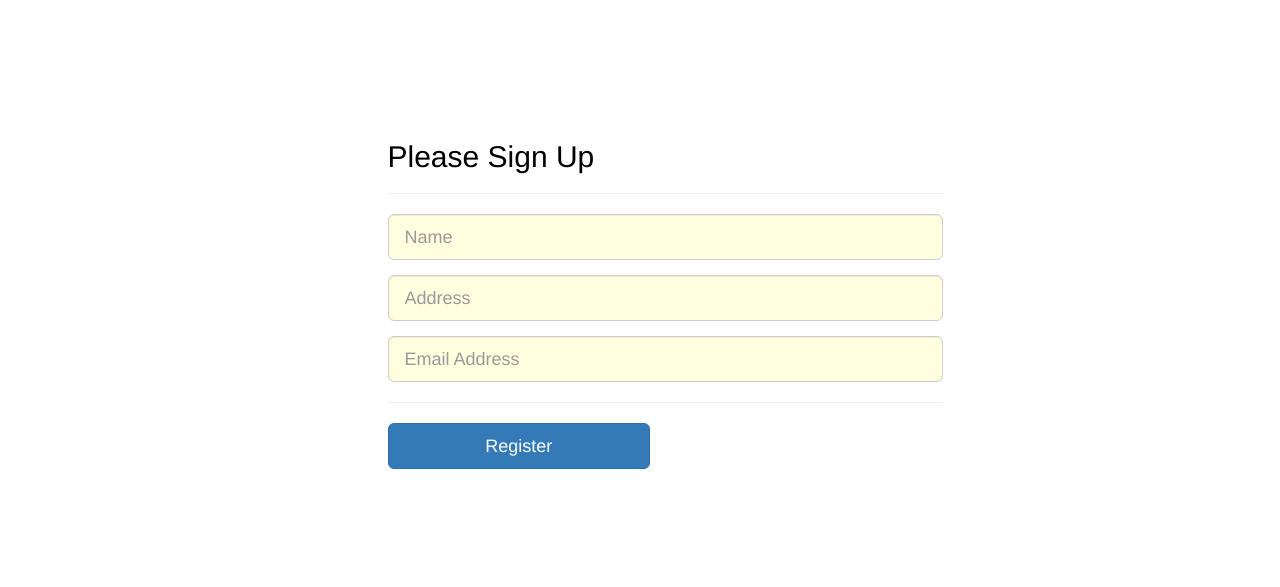
Repository: 123poornima/UpdatedSecondProject
Page: frontendPro/WebContent/_user/register.html
These files come from the project's save history. The page is drawn as it stood at one moment and after the next save; the edit follows.
The browser window is 1280 px wide. The pictures show the whole page.

Above is the page before, as saved 2017-01-10 06:03:05.

### frontendPro/WebContent/_user/register.html
<!DOCTYPE html>
<html>
<head>
<meta charset="ISO-8859-1">
<link rel="stylesheet" href="http://maxcdn.bootstrapcdn.com/bootstrap/3.3.7/css/bootstrap.min.css">

<!-- jQuery library -->
<script src="https://ajax.googleapis.com/ajax/libs/jquery/1.12.4/jquery.min.js"></script>

<!-- Latest compiled JavaScript -->
<script src="http://maxcdn.bootstrapcdn.com/bootstrap/3.3.7/js/bootstrap.min.js"></script>
<title>Insert title here</title>
</head>
<body>

<!-- Registration code -->
<div class="container" >



   <div class="container" style="align:center; margin: 120px 0px 0px 10px">
   <div class="row">
    <div class="col-xs-12 col-sm-8 col-md-6 col-sm-offset-2 col-md-offset-3">





       <h2 style="color:#000000;align:center">Please Sign Up</h2>
		<hr class="colorgraph">

			<div class="form-group" >
                  <input style="background-color:#FFFFE0" required="true" ng-model="user.username" path="name" type="text" name="name" class="form-control input-lg" placeholder="Name" tabindex="1" />
		    </div>



			<div class="form-group">
				<input style="background-color:#FFFFE0" path="address" required="true"  type="password" ng-model="user.password" name="password" class="form-control input-lg" placeholder="Address" tabindex="3" />
			</div>



			<div class="form-group">
				<input style="background-color:#FFFFE0" required="true"  path="mailId" type="email" name="email" id="email" class="form-control input-lg" placeholder="Email Address" tabindex="5" />
			</div>
			<!-- <div class="row">
				<div class="col-xs-4 col-sm-3 col-md-3">
					<span class="button-checkbox">
						<button type="button" class="btn" data-color="info" tabindex="7">I Agree</button>
                        <input type="checkbox" name="t_and_c" id="t_and_c" class="hidden" value="1">
					</span>
				</div>

			</div> -->

			<hr class="colorgraph">
			<div class="row">
				<div class="col-xs-12 col-md-6"><input type="submit" ng-click="registerUser()" value="Register" class="btn btn-primary btn-block btn-lg" tabindex="6" ></div>

			</div>

      </div>
       </div>
    </div>
   </div>
<!-- <form>
<table>
<tr><td>Username</td><td><input type="text" ng-model="user.username"></td></tr>
<tr><td>password</td><td><input type="password" ng-model="user.password"></td></tr>
<tr><td>email</td><td><input type="text" ng-model="user.email"></td></tr>



<tr><td>Select role</td><td>
<input type="radio" ng-model="user.role" value="STUDENT">Student
<input type="radio" ng-model="user.role" value="ALUMNI">Alumni
<input type="radio" ng-model="user.role" value="EMPLOYEE">Employee</td>
</tr>

<tr><td><input type="submit" ng-click="registerUser()" value="Register"></td></tr>


</table>

</form>
{{errorMessage}} -->
</body>
</html>

After the next save:
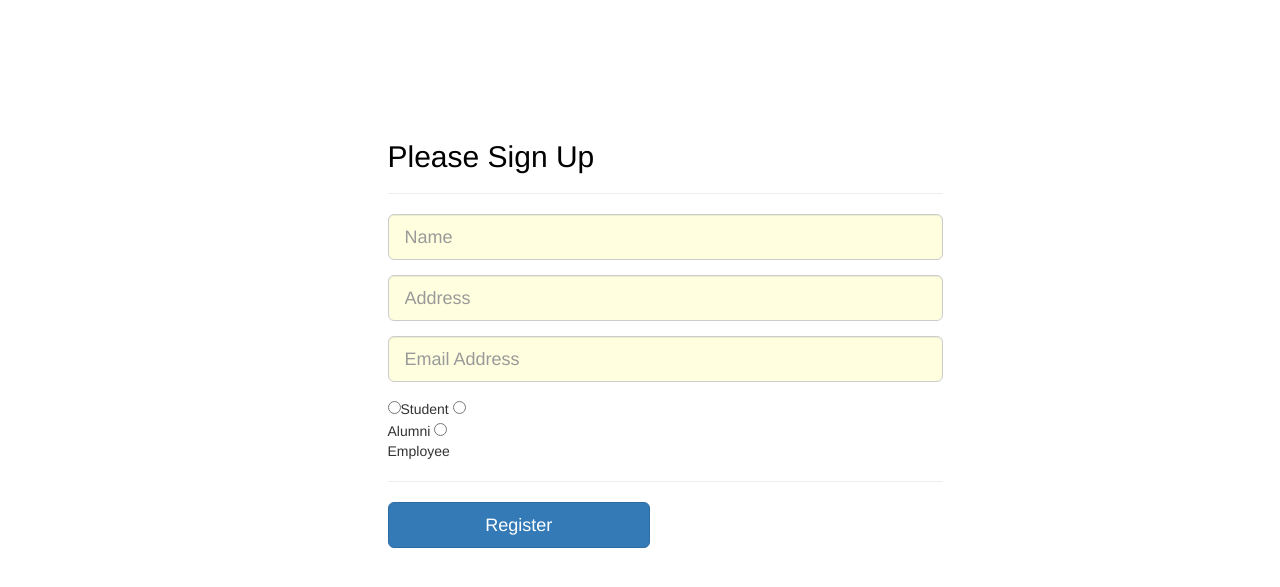
Saved 109 s later.
--- a/frontendPro/WebContent/_user/register.html
+++ b/frontendPro/WebContent/_user/register.html
@@ -44,15 +44,14 @@
 			<div class="form-group">
 				<input style="background-color:#FFFFE0" required="true"  path="mailId" type="email" name="email" id="email" class="form-control input-lg" placeholder="Email Address" tabindex="5" />
 			</div>
-			<!-- <div class="row">
+			<div class="row">
 				<div class="col-xs-4 col-sm-3 col-md-3">
-					<span class="button-checkbox">
-						<button type="button" class="btn" data-color="info" tabindex="7">I Agree</button>
-                        <input type="checkbox" name="t_and_c" id="t_and_c" class="hidden" value="1">
-					</span>
+					<input type="radio" ng-model="user.role" value="STUDENT">Student
+<input type="radio" ng-model="user.role" value="ALUMNI">Alumni
+<input type="radio" ng-model="user.role" value="EMPLOYEE">Employee
 				</div>
 
-			</div> -->
+			</div>
 
 			<hr class="colorgraph">
 			<div class="row">
